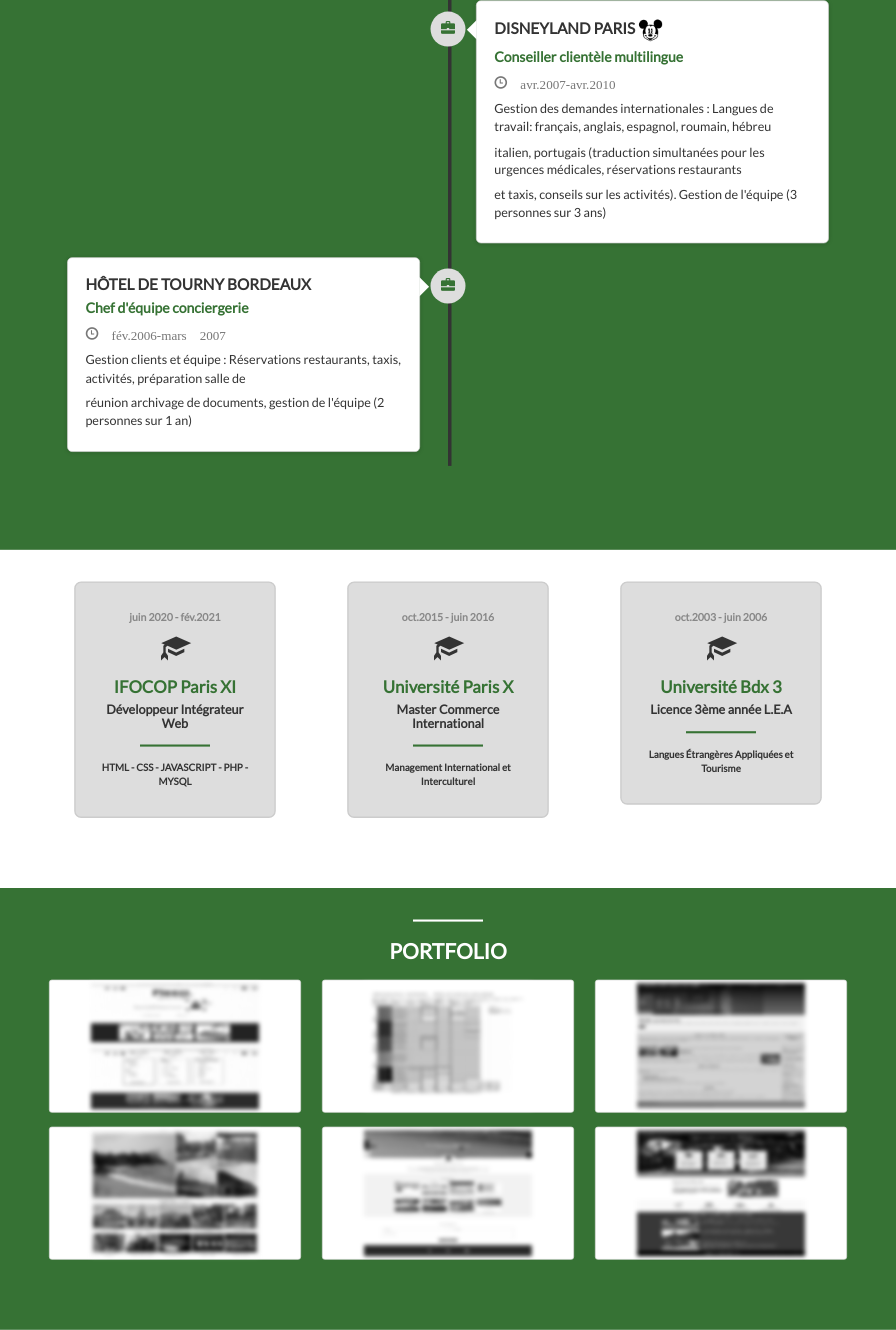
Repository: 0Memo/mon-cv
Page: index.html
The author's editor kept a copy of each file at every save. The page is drawn from the files as they stood at one save, then again after the next save.
The browser window is 1280 px wide. The pictures show the part of the page from y = 2761 to 4681 px (the page is 4661 px tall before and 4681 px after), at 70% of full size.

Above is the page before, as saved 2020-12-29 15:05:59.

### index.html
<!DOCTYPE html>
<html lang="en">
    <head>
        <meta charset="UTF-8">
        <meta name="viewport" content="width=device-width, initial-scale=1.0">
        <meta name="description" content="Voici mon cv, vous pourrez découvrir mon parcours de formation, et mes expériences professionnelles">
        <meta name="author" content="Guillaume Mehats">
        <title>Mon CV</title>
        <link rel="preconnect" href="https://fonts.gstatic.com">
        <link href="https://fonts.googleapis.com/css2?family=Lato&display=swap" rel="stylesheet">
        <link rel="stylesheet" href="css/bootstrap.min.css">
        <link rel="stylesheet" href="css/styles.css">
        <link rel="shortcut icon" href="img/colombia.png">
    </head>
    <body>
        <section id="about" class="container-fluid">
            <div class="col-xs-8 col-md-4 profile-picture">
                <img src="img/photo.png" alt="Guillaume" class="rounded-circle">
            </div>
            <div class="heading">
                <h1>Salut, c'est moi Guillaume</h1>
                <h3>Développeur Web</h3>
                <a href="docs/CV_Guillaume_Mehats.pdf" class="button1">Télécharger CV</a>
            </div>
        </section>

        <section id="skills">
            <div class="green-divider">
            </div>
            <div class="heading">
                <h2>Compétences</h2>
            </div>
            <div class="container">
                <div class="row">
                    <div class="col-md-6">
                        <div class="progress">
                            <div class="progress-bar" role="progressbar" aria-valuenow="85" aria-valuemin="0" aria-valuemax="100" style="width:85%">
                                <h5>HTML 85%</h5>
                            </div>
                        </div>
                        <div class="progress">
                            <div class="progress-bar" role="progressbar" aria-valuenow="85" aria-valuemin="0" aria-valuemax="100" style="width:85%">
                                <h5>CSS 85%</h5>
                            </div>
                        </div>
                        <div class="progress">
                            <div class="progress-bar" role="progressbar" aria-valuenow="90" aria-valuemin="0" aria-valuemax="100" style="width:90%">
                                <h5>JAVASCRIPT 90%</h5>
                            </div>
                        </div>
                    </div>
                    <div class="col-md-6">
                        <div class="progress">
                            <div class="progress-bar" role="progressbar" aria-valuenow="85" aria-valuemin="0" aria-valuemax="100" style="width:85%">
                                <h5>JQUERY 85%</h5>
                            </div>
                        </div>
                        <div class="progress">
                            <div class="progress-bar" role="progressbar" aria-valuenow="80" aria-valuemin="0" aria-valuemax="100" style="width:80%">
                                <h5>BOOTSTRAP 80%</h5>
                            </div>
                        </div>
                        <div class="progress">
                            <div class="progress-bar" role="progressbar" aria-valuenow="75" aria-valuemin="0" aria-valuemax="100" style="width:75%">
                                <h5>SASS 75%</h5>
                            </div>
                        </div>
                    </div>
                </div>
            </div>
        </section>

        <section id="experience">
            <div class="container">
                <div class="white-divider"></div>
                <div class="heading">
                    <h2>Expérience professionnelle</h2>
                </div>
                <ul class="timeline">
                    <li>
                        <div class="timeline-badge"><span class="glyphicon glyphicon-briefcase"></span></div>
                        <div class="timeline-panel-container">
                            <div class="timeline-panel">
                                <div class="timeline-heading">
                                    <h3>Lycée<span class="experience-place"> Amboise</span></h3>
                                    <h4>Professeur d'espagnol</h4>
                                    <p class="text-muted"><small class="glyphicon glyphicon-time"> déc.2019-août 2020</small></p>
                                </div>
                                <div class="timeline-body">
                                    <p>Préparation de cours d'espagnol: Création de séquences de cours et ajouts culturels</p>
                                    <p>Animation de cours collectifs et de groupes: Cours de 2nde, 1ère et Terminale</p>
                                    <p>gestion des classes (7 classes de 26 à 30 élèves chacune)</p>
                                    <p>Surveillance et correction d'examens: Examens nationaux (E3C) et examens en classe</p>
                                </div>
                                <div class="timeline-footer"></div>
                            </div>
                        </div>
                    </li>
                    <li>
                        <div class="timeline-badge"><span class="glyphicon glyphicon-briefcase"></span></div>
                        <div class="timeline-panel-container-inverted">
                            <div class="timeline-panel">
                                <div class="timeline-heading">
                                    <h3>Langaj<span class="experience-place"> Paris</span></h3>
                                    <h4>Coordinateur de formation</h4>
                                    <p class="text-muted"><small class="glyphicon glyphicon-time"> jan.2016-nov.2018</small></p>
                                </div>
                                <div class="timeline-body">
                                    <p>Planification des formations : Programmation, reprogrammation et optimisation des sessions de formation</p>
                                    <p>Validations, annulations, reports de session. Surveillance d'examens : TOEIC, Bulats. Contact professeurs-stagiaires</p>
                                    <p>Suivi d'activité : Création d'indicateurs de suivi (ex: taux d'avancement formation, utilisation ressources, ...)</p>
                                    <p>rapport anomalies et propositions de plans d'action au comité de direction. Gestion de l'équipe (2 personnes sur 2 ans)</p>
                                    <p>Développement d'outils de suivi et de production automatisés Utilisation de Scribble Maps, Google Apps Script</p>
                                    <p>Macros, Google Sheet, Excel, Word. Langues de travail: français, anglais, espagnol, italien, allemand, suédois, portugais</p>
                                </div>
                                <div class="timeline-footer"></div>
                            </div>
                        </div>
                    </li>
                    <li>
                        <div class="timeline-badge"><span class="glyphicon glyphicon-briefcase"></span></div>
                        <div class="timeline-panel-container">
                            <div class="timeline-panel">
                                <div class="timeline-heading">
                                    <h3>Regus<span class="experience-place"> Paris </span><img class="regus" src="img/regus.png" alt="Regus"></h3>
                                    <h4>Chargé relations clients</h4>
                                    <p class="text-muted"><small class="glyphicon glyphicon-time"> avr.2010-déc.2015</small></p>
                                </div>
                                <div class="timeline-body">
                                    <p>Suivi d'activités : Reporting d'activité, suivi et mise à jour des procédures du siège, gestion conflits et satisfaction</p>
                                    <p>clients, suivi des impayés clients-fournisseurs, gestion de la balance âgée. Promotion interne: Gestion et formation</p>
                                    <p>de l'équipe d'accueil (5 personnes sur 3 ans). Langues de travail: français, anglais, rousection, hébreu, italien</p>
                                    <p>Logistique : Gestion des stocks, commandes et salles, archivage</p>
                                </div>
                                <div class="timeline-footer"></div>
                            </div>
                        </div>
                    </li>
                    <li>
                        <div class="timeline-badge"><span class="glyphicon glyphicon-briefcase"></span></div>
                        <div class="timeline-panel-container-inverted">
                            <div class="timeline-panel">
                                <div class="timeline-heading">
                                    <h3>Disneyland Paris <img class="mickey" src="img/mickey-mouse.png" alt="Mickey Mouse"></h3>

                                    <h4>Conseiller clientèle multilingue</h4>
                                    <p class="text-muted"><small class="glyphicon glyphicon-time"> avr.2007-avr.2010</small></p>
                                </div>
                                <div class="timeline-body">
                                    <p>Gestion des demandes internationales : Langues de travail: français, anglais, espagnol, roumain, hébreu</p>
                                    <p>italien, portugais (traduction simultanées pour les urgences médicales, réservations restaurants</p>
                                    <p>et taxis, conseils sur les activités). Gestion de l'équipe (3 personnes sur 3 ans)</p>
                                </div>
                                <div class="timeline-footer"></div>
                            </div>
                        </div>
                    </li>
                    <li>
                        <div class="timeline-badge"><span class="glyphicon glyphicon-briefcase"></span></div>
                        <div class="timeline-panel-container">
                            <div class="timeline-panel">
                                <div class="timeline-heading">
                                    <h3>Hôtel de Tourny<span class="experience-place"> Bordeaux</span></h3>
                                    <h4>Chef d'équipe conciergerie</h4>
                                    <p class="text-muted"><small class="glyphicon glyphicon-time"> fév.2006-mars 2007</small></p>
                                </div>
                                <div class="timeline-body">
                                    <p>Gestion clients et équipe : Réservations restaurants, taxis, activités, préparation salle de</p>
                                    <p>réunion archivage de documents, gestion de l'équipe (2 personnes sur 1 an)</p>
                                </div>
                                <div class="timeline-footer"></div>
                            </div>
                        </div>
                    </li>
                </ul>
            </div>
        </section>

        <section id="education">
            <div class="container">
                <div class="row">
                    <div class="col-sm-4">
                        <div class="education-block">
                            <h5>juin 2020 - fév.2021</h5>
                            <span class="glyphicon glyphicon-education"></span>
                            <h3>IFOCOP Paris XI</h3>
                            <h4>Développeur Intégrateur Web</h4>
                            <div class="green-divider"></div>
                            <p>HTML - CSS - JAVASCRIPT - PHP - MYSQL</p>
                        </div>
                    </div>
                    <div class="col-sm-4">
                        <div class="education-block">
                            <h5>oct.2015 - juin 2016</h5>
                            <span class="glyphicon glyphicon-education"></span>
                            <h3>Université Paris X</h3>
                            <h4>Master Commerce International</h4>
                            <div class="green-divider"></div>
                            <p>Management International et Interculturel</p>
                        </div>
                    </div>
                    <div class="col-sm-4">
                        <div class="education-block">
                            <h5>oct.2003 - juin 2006</h5>
                            <span class="glyphicon glyphicon-education"></span>
                            <h3>Université Bdx 3</h3>
                            <h4>Licence 3ème année L.E.A</h4>
                            <div class="green-divider"></div>
                            <p>Langues Étrangères Appliquées et Tourisme</p>
                        </div>
                    </div>
                </div>
            </div>
        </section>

        <section id="portfolio">
            <div class="container">
                <div class="white-divider">
                </div>
                <div class="heading">
                    <h2>Portfolio</h2>
                </div>
                <div class="row">
                    <div class="col-sm-4">
                        <a class="thumbnail" href="img/pleezz.jpg" target="_blank" alt="projet">
                            <img src="img/pleezz.jpg">
                        </a>
                    </div>
                    <div class="col-sm-4">
                        <a class="thumbnail" href="img/formules.jpg" target="_blank" alt="projet">
                            <img src="img/formules.jpg">
                        </a>
                    </div>
                    <div class="col-sm-4">
                        <a class="thumbnail" href="img/restaurante.jpg" target="_blank" alt="projet">
                            <img src="img/restaurante.jpg">
                        </a>
                    </div>
                </div>
                <div class="row">
                    <div class="col-sm-4">
                        <a class="thumbnail" href="img/gallerie.jpg" target="_blank" alt="projet">
                            <img src="img/gallerie.jpg">
                        </a>
                    </div>
                    <div class="col-sm-4">
                        <a class="thumbnail" href="img/proyecto.jpg" target="_blank" alt="projet">
                            <img src="img/proyecto.jpg">
                        </a>
                    </div>
                    <div class="col-sm-4">
                        <a class="thumbnail" href="img/cali_page.jpg" target="_blank" alt="projet">
                        <img src="img/cali_page.jpg">
                        </a>
                    </div>
                </div>
            </div>

        </section>

        <script src="js/jquery-3.5.1.min.js"></script>
        <script src="https://cdn.jsdelivr.net/npm/popper.js@1.16.0/dist/umd/popper.min.js" integrity="sha384-Q6E9RHvbIyZFJoft+2mJbHaEWldlvI9IOYy5n3zV9zzTtmI3UksdQRVvoxMfooAo" crossorigin="anonymous"></script>
        <script src="js/bootstrap.min.js"></script>
        <script src="js/script.js"></script>
    </body>
</html>

### css/styles.css
:root {
    --color: #367234;
}

body {
    font-family: 'Lato', sans-serif;
}

h1, h2, h3, h4, h5, h6 {
    font-weight: bold;
}


.profile-picture {
    text-align: center;
    margin: 0 auto;
    float: none;
}

section {
    padding: 45px 0 80px 0;
}

#about {
    padding-top: 100px;
    background: var(--color);
}
#about img {
    max-width: 100%;
    height: auto;
    border: 2px solid gold;
    background: #fff;
    border-radius: 50%;
}

#about  .heading {
    padding-top: 10px;
    text-align: center;
    padding-bottom: 40px;
}

#about .heading h1 {
    color: #fff;
    text-transform: uppercase;
}

#about .heading h3 {
    color: #000;
    font-size: 24px;
}

#about .heading .button1 {
    color: #fff;
    font-weight: bold;
    font-size: 16px;
    text-transform: uppercase;
    border: 1px solid #fff;
    margin-top: 20px;
    display: inline-block;
    padding: 18px 50px;
    border-radius: 3px;
    transition: all 0.3s ease-in 0s;
}

#about .heading .button1:hover {
    text-decoration: none;
    background: #fff;
    color: var(--color);
}

#skills, #education {
    background: #fff;
}

#skills .green-divider {
    width: 100px;
    height: 3px;
    background: var(--color);
    margin: 0 auto;
}

#skills .heading h2{
    color: var(--color);
    text-align: center;
    text-transform: uppercase;
    margin: 25px;
}

#skills .progress {
    height: 50px;
    background: #ddd;
}

#skills .progress:last-child {
    margin: 0 20px;
}

#skills .progress:not(:last-child) {
    margin: 15px 20px;

}

#skills .progress .progress-bar {
    background: var(--color);
}


#skills .progress .progress-bar h5 {
    text-shadow: 1px 1px 1px #000;
    font-size: 18px;
    line-height: 18px;
}

#experience, #portfolio {
    background: var(--color);
}

#experience .white-divider, #portfolio .white-divider {
    width: 100px;
    height: 3px;
    background: #fff;
    margin: 0 auto;
}

#experience .heading h2, #portfolio .heading h2 {
    color: #fff;
    text-align: center;
    text-transform: uppercase;
    margin: 25px;
}

#experience .container .timeline {
    list-style: none;
    padding: 30px 10px;
    position: relative;
}

#experience .container .timeline::before {
    content: " ";
    top: 10px;
    bottom: 30px;
    left: 50%;
    margin-left: -2,5px;
    width: 5px;
    background: #333;
    position: absolute;
}

#experience .container .timeline > li {
    margin-bottom: 20px;
    position: relative;
}

#experience .container .timeline > li::after {
    clear: both;
}

#experience .container .timeline > li::before, #experience .container .timeline > li::after {
    content: " ";
    display: table;
}

#experience .container .timeline li .timeline-badge {
    color: var(--color);
    width: 50px;
    line-height: 50px;
    font-size: 20px;
    text-align: center;
    position: absolute;
    top: 16px;
    left: 50%;
    margin-left: -25px;
    background-color: #ddd;
    border-radius: 50%;
}

#experience .container .timeline li .timeline-panel-container {
    width: 50%;
    float: left;
}

#experience .container .timeline li .timeline-panel-container-inverted {
    width: 50%;
    float: right;
}

#experience .container .timeline li .timeline-panel-container .timeline-panel {
    width: 90%;
    float: right;
    border: 1px solid #d4d4d4;
    border-radius: 7px;
    padding: 20px 25px;
    position: relative;
    background: #fff;
    box-shadow: 0 1px 6px rgba(0, 0, 0, .175);
    margin-right: 40px;
}

#experience .container .timeline li .timeline-panel-container-inverted .timeline-panel {
    width: 90%;
    float: left;
    border: 1px solid #d4d4d4;
    border-radius: 7px;
    padding: 20px 25px;
    position: relative;
    background: #fff;
    box-shadow: 0 1px 6px rgba(0, 0, 0, .175);
    margin-left: 40px;
}

#experience .container .timeline li .timeline-panel-container .timeline-panel::after {
    position: absolute;
    top: 27px;
    right: -14px;
    display: inline-block;
    border-top: 14px solid transparent;
    border-left: 14px solid #fff;
    border-right: 0 solid #fff;
    border-bottom: 14px solid transparent;
    content: " ";
}

#experience .container .timeline li .timeline-panel-container-inverted .timeline-panel::after {
    position: absolute;
    top: 27px;
    left: -14px;
    display: inline-block;
    border-top: 14px solid transparent;
    border-left: 0 solid #fff;
    border-right: 14px solid #fff;
    border-bottom: 14px solid transparent;
    content: " ";
}

#experience .container .timeline li .timeline-panel-container .timeline-panel .timeline-heading h3, #experience .container .timeline li .timeline-panel-container-inverted .timeline-panel .timeline-heading h3 {
    margin-top: 5px;
    font-size: 22px;
    text-transform: uppercase;
}

#experience .container .timeline li .timeline-panel-container .timeline-panel .timeline-heading h4, #experience .container .timeline li .timeline-panel-container-inverted .timeline-panel .timeline-heading h4 {
    color: var(--color);
    font-size: 20px;
}

#experience .container .timeline li .timeline-panel-container .timeline-panel .timeline-heading p.text-muted, #experience .container .timeline li .timeline-panel-container-inverted .timeline-panel .timeline-heading p.text-muted {
    font-size: 22px;
}

#experience .container .timeline li .timeline-panel-container .timeline-panel .timeline-body p, #experience .container .timeline li .timeline-panel-container-inverted .timeline-panel .timeline-body p {
    font-size: 18px;
}

.regus, .mickey {
    width: 35px;
    border: none;
}

#education .container .row .col-sm-4 .education-block {
    width: 80%;
    margin: 0 auto;
    text-align: center;
    padding: 30px;
    background: #ddd;
    border-radius: 10px;
    border: 2px solid #ccc;
    margin-bottom: 20px;
}

#education .container .row .col-sm-4 .education-block h5 {
    color: #888;
    font-size: 15px;
    margin-bottom: 15px;
}

#education .container .row .col-sm-4 .education-block span {
    font-size: 40px;
}

#education .container .row .col-sm-4 .education-block h3 {
    color: var(--color);
}

#education .container .row .col-sm-4 .education-block h4 {
    margin-bottom: 20px;
}

#education .container .row .col-sm-4 .education-block .green-divider {
    width: 100px;
    height: 3px;
    background: var(--color);
    margin: 0 auto;
}

#education .container .row .col-sm-4 .education-block p {
    margin-top: 20px;
    font-weight: bold;
}

#portfolio .container .row .col-sm-4 a img{
    height: 180px;
    width: 240px;
    transition: all .3s ease-in 0s;
}

#portfolio .container .row .col-sm-4 img:hover {
    transform: scale(1.3);
    z-index: 2;
}

#portfolio .container .row .col-sm-4 img:not(:hover) {
    filter: blur(3px) grayscale(1) !important;
}

Loaded but not shown: css/bootstrap.min.css (library); js/jquery-3.5.1.min.js (library); js/bootstrap.min.js (library); js/script.js (no copy from this time; the picture is the same without it)

After the next save:
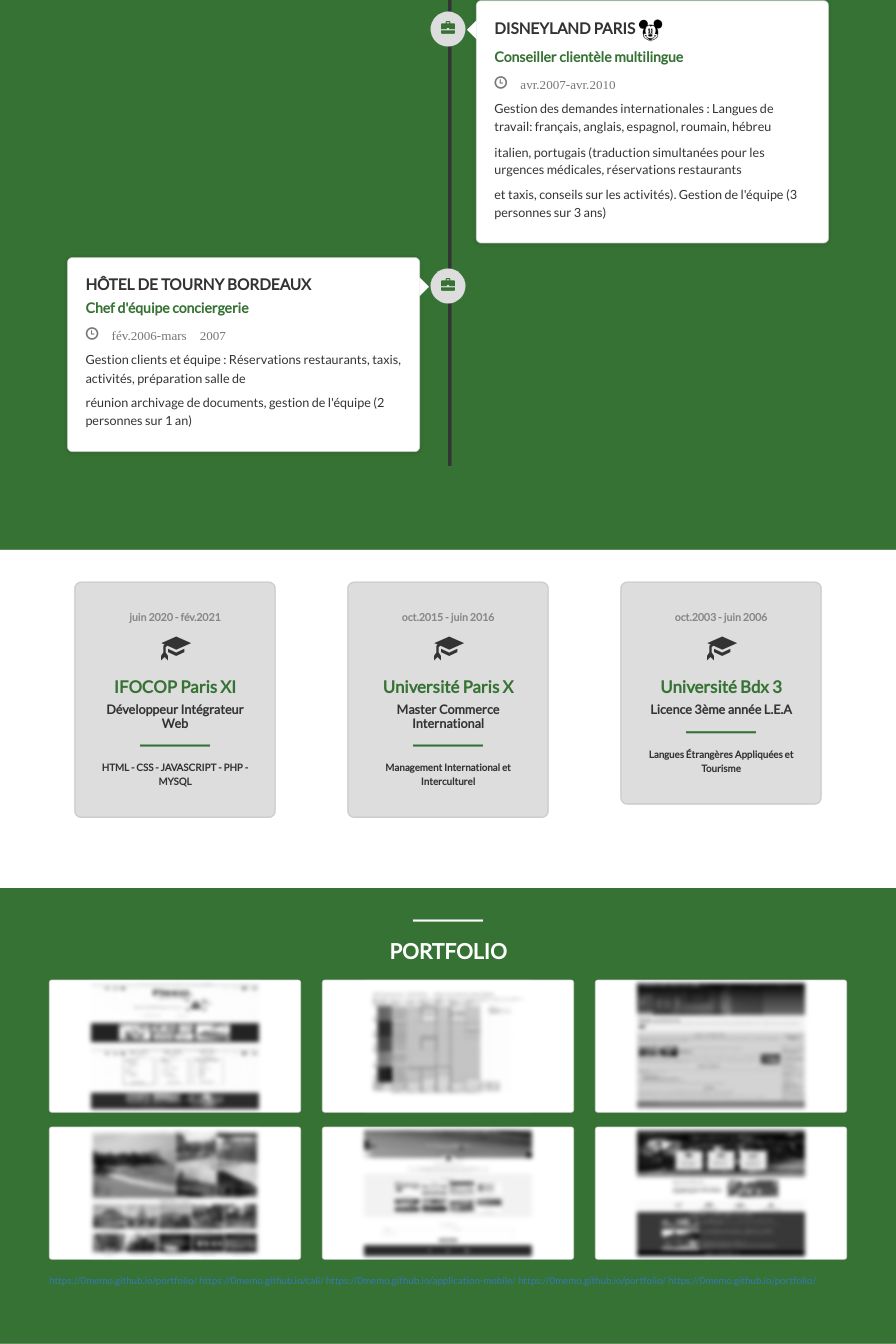
Saved 5 min 14 s later.
--- a/index.html
+++ b/index.html
@@ -254,6 +254,13 @@
                         </a>
                     </div>
                 </div>
+                <div class="link">
+                    <a href="https://0memo.github.io/portfolio/" title="mon portfolio" class="portfolio_page" target="_blank">https://0memo.github.io/portfolio/</a>
+                    <a href="https://0memo.github.io/cali/" title="Cali" class="cali" target="_blank">https://0memo.github.io/cali/</a>
+                    <a href="https://0memo.github.io/application-mobile/" title="application mobile" class="application-mobile" target="_blank">https://0memo.github.io/application-mobile/</a>
+                    <a href="https://0memo.github.io/portfolio/" title="mon portfolio" class="portfolio_page" target="_blank">https://0memo.github.io/portfolio/</a>
+                    <a href="https://0memo.github.io/portfolio/" title="mon portfolio" class="portfolio_page" target="_blank">https://0memo.github.io/portfolio/</a>
+                </div>
             </div>
 
         </section>
